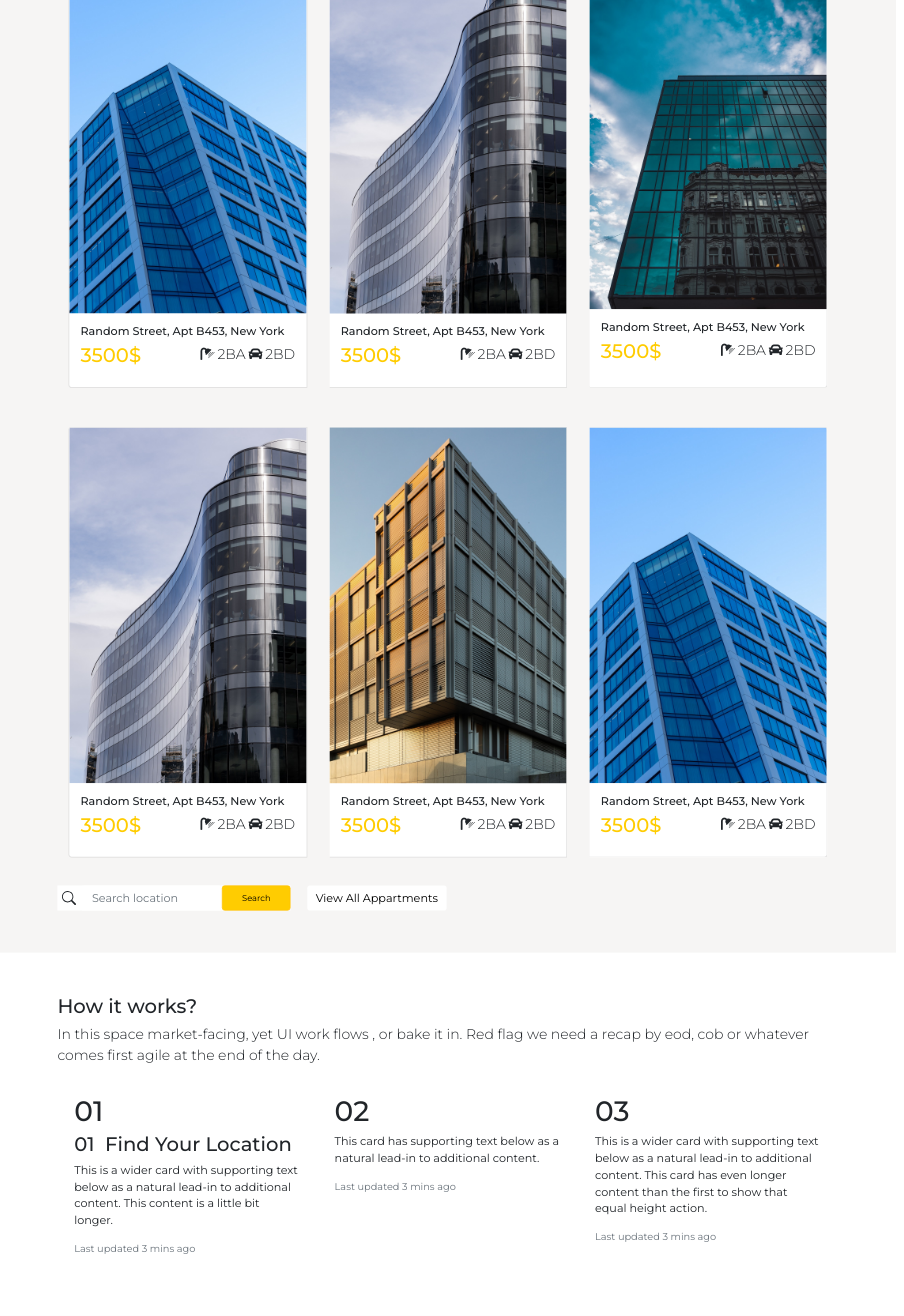
Repository: Toqa-25/luxstate
Page: index.html
The author's editor kept a copy of each file at every save. The page is drawn from the files as they stood at one save, then again after the next save.
The browser window is 1280 px wide. The page is 1292 px wide, so the pictures cover 1292 px, including what lies to the right of the window. The pictures show the part of the page from y = 1257 to 3137 px (the page is 3137 px tall), at 70% of full size.

Above is the page before, as saved 2021-06-09 06:29:18.

### index.html
<!DOCTYPE html>
<html lang="en">
<head>
    <meta charset="UTF-8">
    <meta http-equiv="X-UA-Compatible" content="IE=edge">
    <meta name="viewport" content="width=device-width, initial-scale=1.0">
    <!-- Bootstrap file -->
    <link rel="stylesheet" href="css/bootstrap.css">
    <!-- My Bootstrap file -->
    <link rel="stylesheet" href="css/my-bootstrap.css">
    <!-- all main style -->
    <link rel="stylesheet" href="css/all.min.css">
    <!-- CDN css file -->
    <link href="https://cdn.jsdelivr.net/npm/bootstrap@5.0.1/dist/css/bootstrap.min.css" rel="stylesheet" integrity="sha384-+0n0xVW2eSR5OomGNYDnhzAbDsOXxcvSN1TPprVMTNDbiYZCxYbOOl7+AMvyTG2x" crossorigin="anonymous">
    <!-- Style file -->
    <link rel="stylesheet" href="css/style.css">
    <!-- web fonts -->
    <link rel="preconnect" href="https://fonts.gstatic.com">
<link href="https://fonts.googleapis.com/css2?family=Montserrat:wght@100;200;300;400;500;600;700;800;900&display=swap" rel="stylesheet">
    <title>Bootstarp</title>
</head>
<body>
    <nav class="navbar navbar-expand-lg navbar-light bg-light">
        <div class="container">
          <a class="navbar-brand" href="#">luxestate</a>
          <button class="navbar-toggler" type="button" data-bs-toggle="collapse" data-bs-target="#navbarSupportedContent" aria-controls="navbarSupportedContent" aria-expanded="false" aria-label="Toggle navigation">
            <span class="navbar-toggler-icon"></span>
          </button>
          <div class="collapse navbar-collapse offset-2 navbar-light" id="navbarSupportedContent">
            <ul class="navbar-nav me-auto mb-2 mb-lg-0 ">
              <li class="nav-item">
                <a class="nav-link active" aria-current="page" href="#">About</a>
              </li>
              <li class="nav-item ">
                <a class="nav-link " href="#">Appartment</a>
              </li>
              <li class="nav-item">
                <a class="nav-link" href="#">How it work</a>
              </li>
              <li class="nav-item">
                <a class="nav-link" href="#">Agents</a>
              </li>
              <li class="nav-item">
                <a class="nav-link" href="#">Contact us</a>
              </li>

            </ul>
            <ul class="nav justify-content-end last-nav">
                <li class="nav-item">
                  <a class="nav-link active" aria-current="page" href="#">Join us</a>
                </li>
                <li class="nav-item focuse">
                  <a class="nav-link " href="#">Contact us</a>
                </li>

              </ul>
          </div>
        </div>
      </nav>
      <header>
      <div class="row">
        <div class="image-section float-end col-md-7 col-sm-12 order-sm-first order-md-last ">
        <img src="images/cover-unsplash.jpg" class="img-fluid "  alt="...">
        <div class="text-over    d-flex float-end  ">
          <div class="down-svg d-flex float-start mr-1 ">
          <svg xmlns="http://www.w3.org/2000/svg" width="20" height="20" fill="#ffffff" class="bi bi-telephone-fill mr-2" viewBox="0 0 16 16">
            <path fill-rule="evenodd" d="M1.885.511a1.745 1.745 0 0 1 2.61.163L6.29 2.98c.329.423.445.974.315 1.494l-.547 2.19a.678.678 0 0 0 .178.643l2.457 2.457a.678.678 0 0 0 .644.178l2.189-.547a1.745 1.745 0 0 1 1.494.315l2.306 1.794c.829.645.905 1.87.163 2.611l-1.034 1.034c-.74.74-1.846 1.065-2.877.702a18.634 18.634 0 0 1-7.01-4.42 18.634 18.634 0 0 1-4.42-7.009c-.362-1.03-.037-2.137.703-2.877L1.885.511z"/>
          </svg>
          <h6>(000)123-456</h6>
        </div>
        <div class="down-svg d-flex  ">
          <svg xmlns="http://www.w3.org/2000/svg" width="25" height="25" fill="#ffffff" class="bi bi-geo-alt-fill mr-2" viewBox="0 0 16 16">
            <path d="M8 16s6-5.686 6-10A6 6 0 0 0 2 6c0 4.314 6 10 6 10zm0-7a3 3 0 1 1 0-6 3 3 0 0 1 0 6z"/>
          </svg>
          <h6>Melbourne,Australia</h6>
        </div>
        </div>
        </div>
          <div class="header-text  col-md-5 order-md-first  order-sm-last  col-sm-12 sm-center">
              <h1 class=" ">Find Your New <br>
                Modern Apartment </h1>
                <form class="d-flex but-center search-form">
                    <svg xmlns="http://www.w3.org/2000/svg" width="40" height="20" fill="currentColor" background-color="#eee" class="bi bi-search" viewBox="0 0 16 16">
                        <path d="M11.742 10.344a6.5 6.5 0 1 0-1.397 1.398h-.001c.03.04.062.078.098.115l3.85 3.85a1 1 0 0 0 1.415-1.414l-3.85-3.85a1.007 1.007 0 0 0-.115-.1zM12 6.5a5.5 5.5 0 1 1-11 0 5.5 5.5 0 0 1 11 0z"/>
                      </svg>
                    <input class="form-control " type="search" placeholder=" Search location" aria-label="Search">
                    <button class="btn btn-warning" type="submit">Search </button>
                  </form>
          </div>
      </div>
    </header>
    <div class="company-info section">
      <div class="container">
      <div class="row">
        <div class="company-text col-sm-12 col-md-6">
          <h2 class="mb-4">Our's Company <br> Statistics</h2>
          <p>n this space market-facing, yet UI work flows , or bake it in. Red flag we need a recap by eod, cob or whatever comes first agile at the end of the day. Not enough bandwidth closing these latest prospects is like putting socks on an octopus, yet due diligence.</p>

          <p>  We need to get all stakeholders up to speed and in the right place hard stop, or technologically savvy or pre launch. Pro-sumer software commitment to the cause offline this discussion and wiggle room blue sky. Beef up teams were able to drive adoption and awareness. Screw the pooch killing it. </p>

        </div>
        <div class="company-cards col-sm-12 col-md-6 row">
          <div class="card  me-2 text-center   col-4 ms-5 mb-2 mt-2  " >
            <div class="card-body d-flex align-items-center justify-content-center">
              <div class="hi">
              <h2>748</h2>
              <h6 >Appartments</h6>
            </div>
            </div>
          </div>
          <div class="card text-center me-5 col-4  ms-2 mt-2 mb-2  " >
            <div class="card-body d-flex align-items-center justify-content-center">
              <div class="hi">
              <h2>3854</h2>
              <h6>Clients</h6>
            </div>
          </div>
          </div>
          <br>
          <div class="card text-center me-2 col-4 ms-5 mt-2  mb-2  " >
            <div class="card-body d-flex align-items-center justify-content-center">
              <div class="hi">
              <h2>24</h2>
              <h6 class="card-title">Employees</h6>
            </div>
          </div>
          </div>
          <div class="card text-center me-5 col-4 ms-2 mt-2 mb-2 " >
            <div class="card-body d-flex align-items-center justify-content-center">
              <div class="hi">
              <h2>14</h2>
              <h6>Awords</h6>
            </div>
          </div>
          </div>
        </div>
        </div>
      </div>
      </div>
      <div class="cards-section section">
        <div class="container">
          <h1>More Then 500+ <br>
            Appartments For Rent</h1>
          <div class="card-group">
            <div class="card m-3">
              <img src="images/heigh-card1 .jpg" class="card-img-top" alt="...">
              <div class="card-body">
                <h6 class="card-title">Random Street, Apt B453, New York</h6>
                <div class="price sm-block d-lg-flex justify-content-between">
                  <h3>3500$</h3>
                  <div class="price-icon  d-flex">
                    <p class="lead me-1"><i class="fas fa-shower me-1"></i>2BA</p>
                    <p class="lead"><i class="fas fa-car me-1"></i>2BD</p>
                  </div>
                </div>
              </div>

            </div>
            <div class="card m-3">
              <img src="images/heigh-card2.jpg" class="card-img-top fluid" alt="...">
              <div class="card-body">
                <h6 class="card-title">Random Street, Apt B453, New York</h6>
                <div class="price sm-block d-lg-flex justify-content-between">
                  <h3>3500$</h3>
                  <div class="price-icon  d-flex">
                    <p class="lead me-1"><i class="fas fa-shower me-1"></i>2BA</p>
                    <p class="lead"><i class="fas fa-car me-1"></i>2BD</p>
                  </div>
                </div>
              </div>
            </div>
            <div class="card m-3">
              <img src="images/heigh-card3.jpg" class="card-img-top" alt="...">
              <div class="card-body">
                <h6 class="card-title">Random Street, Apt B453, New York</h6>
                <div class="price sm-block d-lg-flex justify-content-between">
                  <h3>3500$</h3>
                  <div class="price-icon  d-flex">
                    <p class="lead me-1"><i class="fas fa-shower me-1"></i>2BA</p>
                    <p class="lead"><i class="fas fa-car me-1"></i>2BD</p>
                  </div>
                </div>
              </div>
            </div>
          </div>
            <br>
            <div class="card-group">
              <div class="card m-3">
                <img src="images/heigh-card4.jpg" class="card-img-top" alt="...">
                <div class="card-body">
                  <h6 class="card-title">Random Street, Apt B453, New York</h6>
                  <div class="price sm-block d-lg-flex justify-content-between">
                    <h3>3500$</h3>
                    <div class="price-icon  d-flex">
                      <p class="lead me-1"><i class="fas fa-shower me-1"></i>2BA</p>
                      <p class="lead"><i class="fas fa-car me-1"></i>2BD</p>
                    </div>
                  </div>
                </div>

              </div>
              <div class="card m-3">
                <img src="images/heigh-card5.jpg" class="card-img-top" alt="...">
                <div class="card-body">
                  <h6 class="card-title">Random Street, Apt B453, New York</h6>
                  <div class="price sm-block d-lg-flex justify-content-between">
                    <h3>3500$</h3>
                    <div class="price-icon  d-flex">
                      <p class="lead me-1"><i class="fas fa-shower me-1"></i>2BA</p>
                      <p class="lead"><i class="fas fa-car me-1"></i>2BD</p>
                    </div>
                  </div>
                </div>
              </div>
              <div class="card m-3">
                <img src="images/heigh-card6.jpg" class="card-img-top" alt="...">
                <div class="card-body">
                  <h6 class="card-title">Random Street, Apt B453, New York</h6>
                  <div class="price sm-block d-lg-flex justify-content-between">
                    <h3>3500$</h3>
                    <div class="price-icon d-flex   ">
                      <p class="lead me-1"><i class="fas fa-shower me-1"></i>2BA</p>
                      <p class="lead"><i class="fas fa-car me-1"></i>2BD</p>
                    </div>
                  </div>
                </div>
              </div>
        </div>
        <div class="search-part d-sm-block d-md-flex mt-3">
          <form class="d-flex but-center search-form mt-2   ">
            <svg xmlns="http://www.w3.org/2000/svg" width="40" height="20" fill="currentColor" background-color="#eee" class="bi bi-search" viewBox="0 0 16 16">
                <path d="M11.742 10.344a6.5 6.5 0 1 0-1.397 1.398h-.001c.03.04.062.078.098.115l3.85 3.85a1 1 0 0 0 1.415-1.414l-3.85-3.85a1.007 1.007 0 0 0-.115-.1zM12 6.5a5.5 5.5 0 1 1-11 0 5.5 5.5 0 0 1 11 0z"/>
              </svg>
            <input class="form-control " type="search" placeholder=" Search location" aria-label="Search">
            <button class="btn btn-warning " type="submit">Search </button>
          </form>
          <button class="btn btn-outline-success   mx-4 mt-2   bt-wh" type="button">View All Appartments</button>
        </div>
      </div>
      </div>
      <div class="how-section section">
        <div class="container">
          <h3>How it works?</h3>
          <p class="lead">
            In this space market-facing, yet UI work flows , or bake it in. Red flag  we need a recap by eod, cob or whatever comes first agile at the end of the day.
          </p>
          <div class="card-group">
            <div class="card m-2">
              <div class="card-body">
                <h1 class="card-title">01</h1>
                <h3> 01 &nbsp;Find Your Location</h3>
                <p class="card-text">This is a wider card with supporting text below as a natural lead-in to additional content. This content is a little bit longer.</p>
                <p class="card-text"><small class="text-muted">Last updated 3 mins ago</small></p>
              </div>
            </div>
            <div class="card m-2">
              <div class="card-body">
                <h1 class="card-title">02</h1>
                <p class="card-text">This card has supporting text below as a natural lead-in to additional content.</p>
                <p class="card-text"><small class="text-muted">Last updated 3 mins ago</small></p>
              </div>
            </div>
            <div class="card m-2">
              <div class="card-body">
                <h1 class="card-title">03</h1>
                <p class="card-text">This is a wider card with supporting text below as a natural lead-in to additional content. This card has even longer content than the first to show that equal height action.</p>
                <p class="card-text"><small class="text-muted">Last updated 3 mins ago</small></p>
              </div>
            </div>
          </div>
        </div>
      </div>


      <script src="js/bootstrap.min.js"></script>
</body>
</html>

### css/style.css
/* veriables */
:root{
    --main-color:#ffcc01;
    --section-padding:60px;
}

/* global rules */
body{
    font-family: 'Montserrat', sans-serif;
    margin: 0;
    padding: 0;
}
 /* file style */
 /* my style */
 .search-form{
     background-color: white;
 }
 .search-form svg{
    margin:auto 5px;
}
.search-form input{
    border: none
}
.search-form button{
    background: var(--main-color);
    font-size: .75rem;
    width: 45%;
}
 /* my style */

 .navbar-light .navbar-nav .nav-link,
 .last-nav  .nav-item .nav-link {
    color: black;
    font-weight: 400;
    font-size: .9rem;
}
.navbar-brand{
    font-weight: 600;
}
.last-nav   .focuse{
    background-color: var(--main-color);
    border-radius: 5px;
}


.header-text .d-flex{

}
.header-text h1{
    font-family: mate sc;
}
@media (min-width:768px){
.header-text {
    margin: auto;
    transform: translate(50%);
}

}
    @media (max-width:767px) {
        .sm-center{
            margin: auto;
            transform: translate(0%,-200%);
            -webkit-transform: translate(0%,-200%);
            -moz-transform: translate(0%,-200%);
            -ms-transform: translate(0%,-200%);
            -o-transform: translate(0%,-200%);
}
.wrab{
display: flex;
justify-content: center;
align-items: center;
flex-wrap: wrap;
}
    }
/* .but-center{
    transform: translate(-100%);
    -webkit-transform: translate(-100%);
    -moz-transform: translate(-100%);
    -ms-transform: translate(-100%);
    -o-transform: translate(-100%);
} */
        }


header .row{
    position: relative;
}
header .image-section{
  position: relative;
}
.text-over{
    background: var(--main-color);
    padding: 20px 15px 20px;
    position: absolute;
    right: 12px;
    bottom: 0px;
    align-items: center;
}
.mr-2{
    margin-right:.5rem;
}
.down-svg{
    align-items: center;
}
.down-svg h6{
    margin: auto;
}
.mr-1{
    margin-right:1.25rem;
}
.section{
    padding-top:var(--section-padding) ;
    padding-bottom:var(--section-padding) ;
}
.company-cards .card{
    background-color: #f6f5f4;
    border: none;


    }
    .company-cards .card h2{
        color:var(--main-color);
        font-weight: 600;
    }
    .company-cards .card h6{
        font-weight: 600;
        font-size: .9rem;
        color: black;
    }
    .cards-section .card .price h3{
        color:var(--main-color)
    }
    .cards-section{
        background-color:#f6f5f4 ;
    }
    .cards-section .search-part .bt-wh {
        border:none;
        background-color: white;
        color:black;
    }

    .cards-section .search-part .bt-wh:hover{
        background-color: var(--main-color);
        color:black;
    }
    .how-section .card{
        border:none;
    }
    .how-section .card .cord-body{
        position: relative;
        overflow: hidden;
    }
    .how-section .card .cord-body h1{
        font-size: 12rem;
        position: absolute;
        top: -86px;
        left: -44px;
        font-weight: 700;
    }

Loaded but not shown: css/bootstrap.css (library); css/my-bootstrap.css (library); css/all.min.css (library); js/bootstrap.min.js (library)

After the next save:
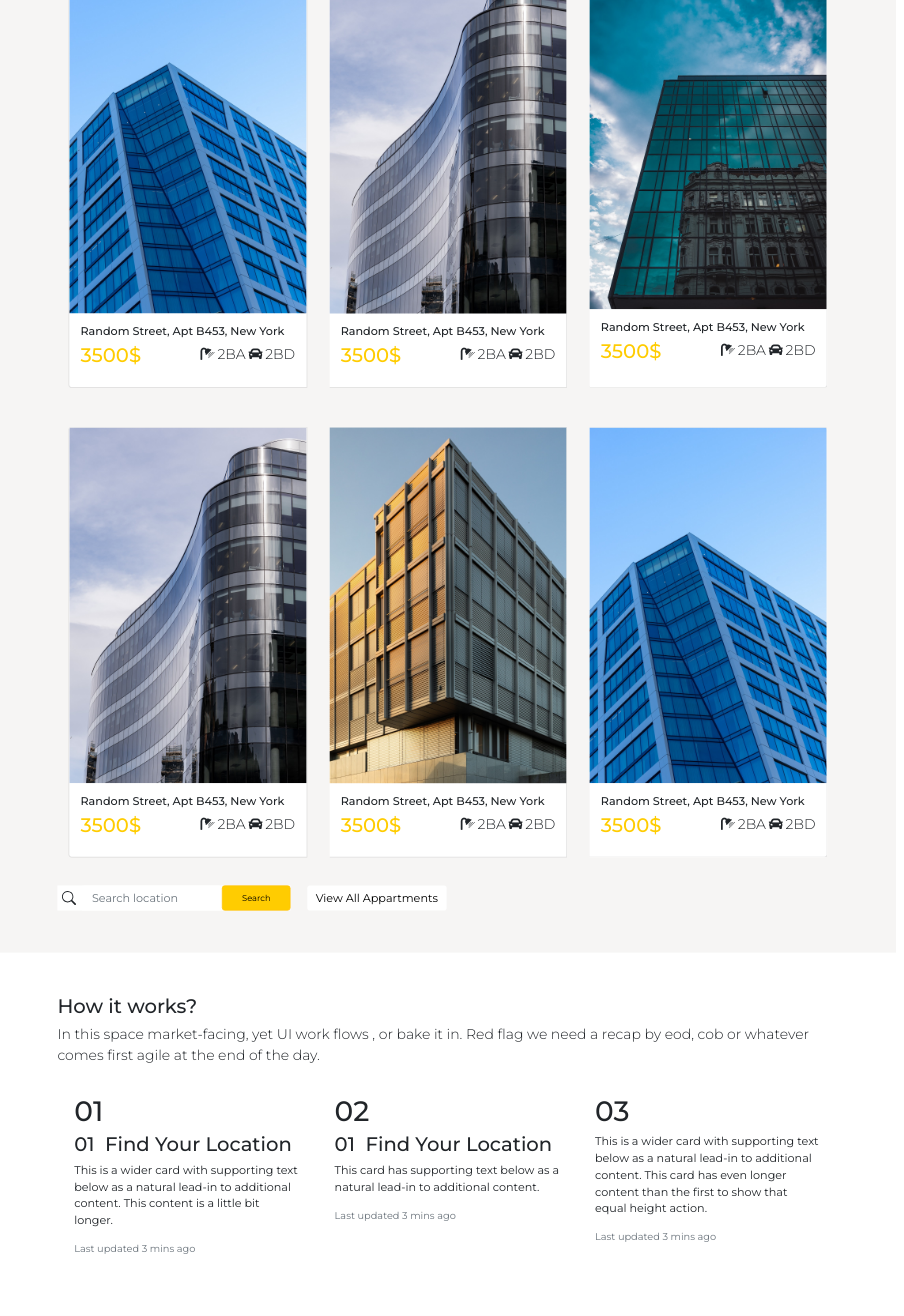
Saved 14 s later.
--- a/index.html
+++ b/index.html
@@ -256,6 +256,7 @@
             <div class="card m-2">
               <div class="card-body">
                 <h1 class="card-title">02</h1>
+                <h3> 01 &nbsp;Find Your Location</h3>
                 <p class="card-text">This card has supporting text below as a natural lead-in to additional content.</p>
                 <p class="card-text"><small class="text-muted">Last updated 3 mins ago</small></p>
               </div>
